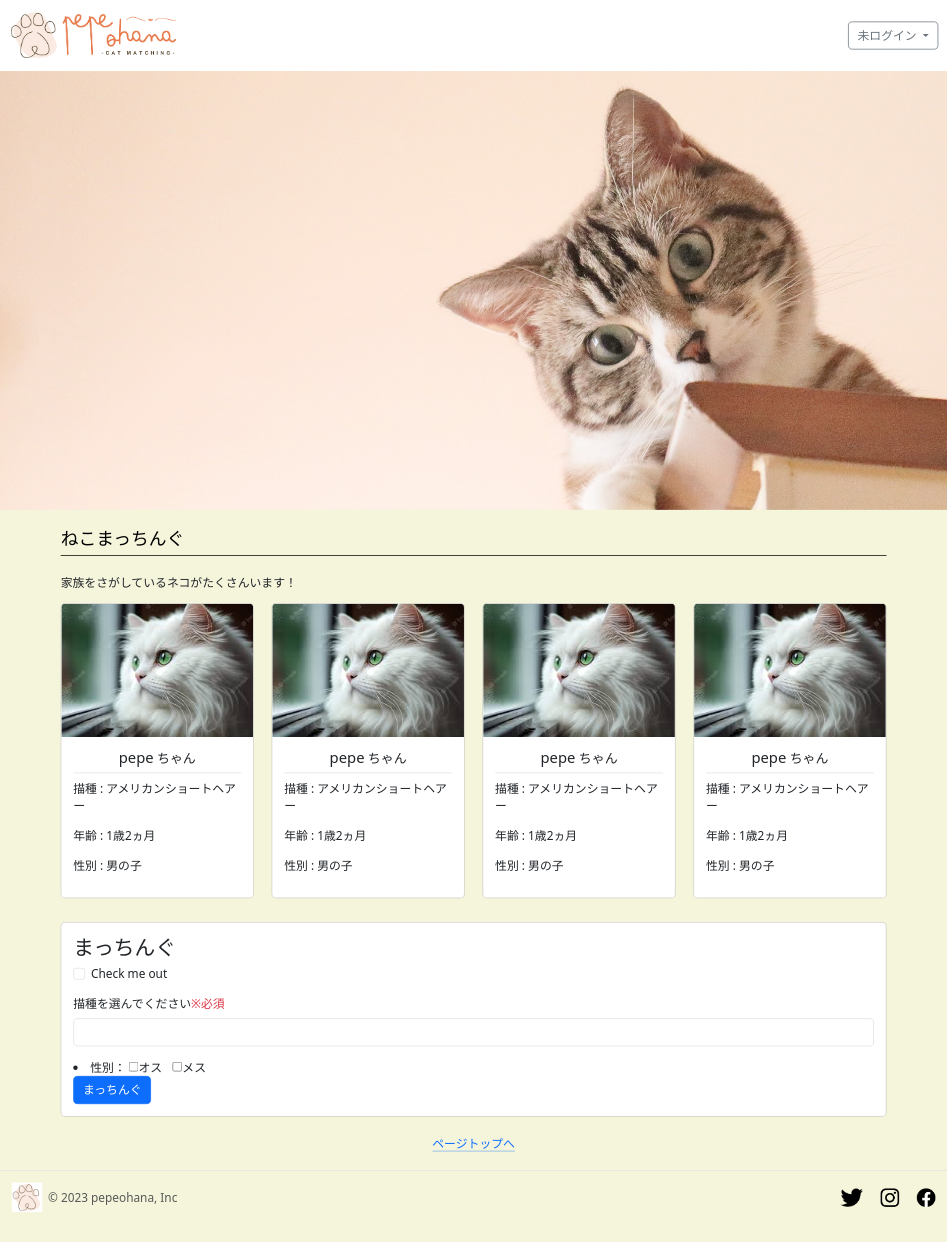
Repository: sakuwell/pepe
Page: http://localhost/PepeOhana/
The author's editor kept a copy of each file at every save. The page is drawn from the files as they stood at one save, then again after the next save.
The browser window is 1280 px wide. The pictures show the whole page, at 74% of full size.
The page is served by Tomcat 9.

Above is the page before, as saved 2023-09-06 05:53:43.

After the next save:
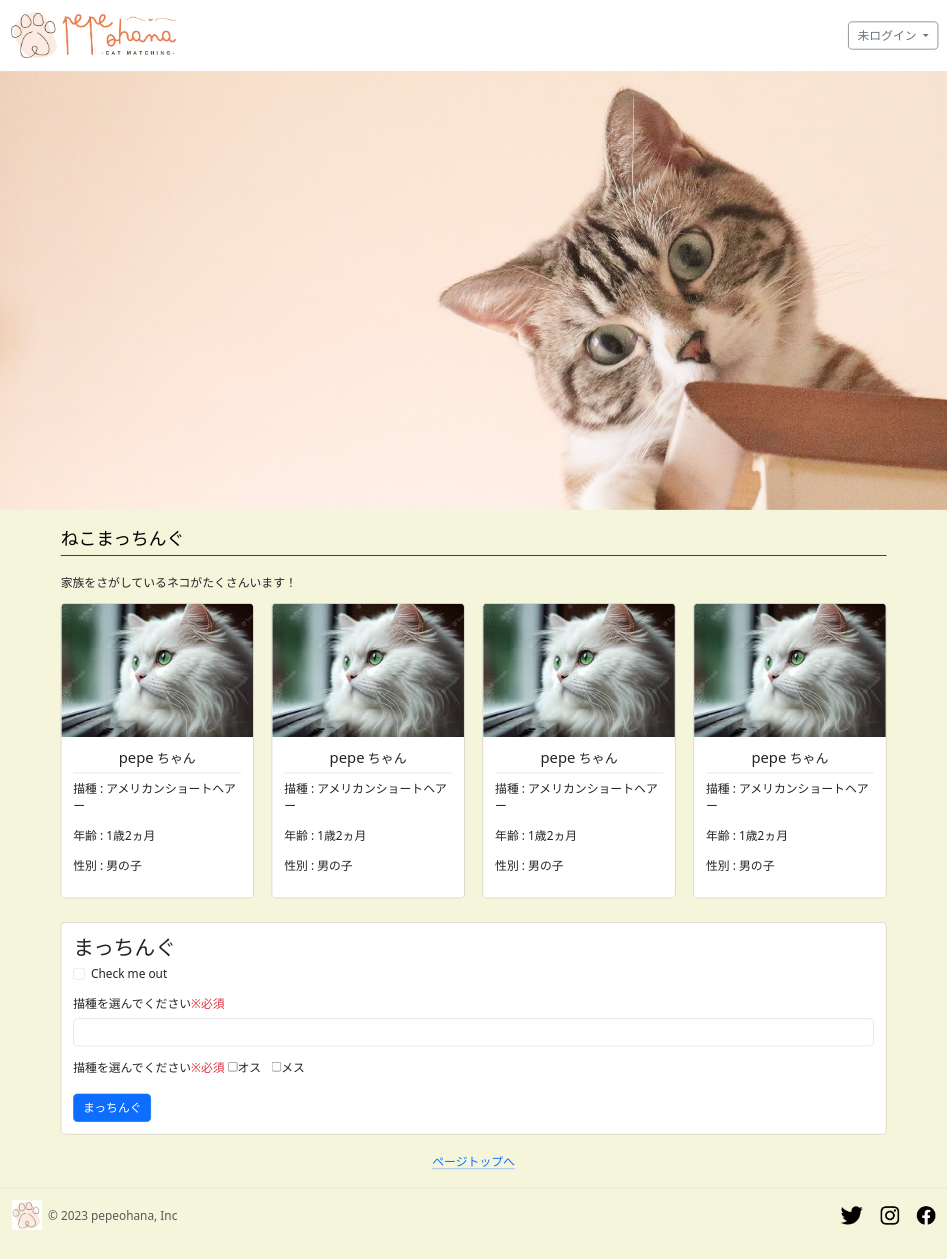
Saved 81 s later.
--- a/ExWorkSpace/PepeOhana/src/main/webapp/index.jsp
+++ b/ExWorkSpace/PepeOhana/src/main/webapp/index.jsp
@@ -154,10 +154,11 @@
 	 				<label for="exampleInputEmail1" class="form-label">描種を選んでください<span class="text-danger">※必須</span></label>
 	 				<input type="" class="form-control" id="exampleInputEmail1" aria-describedby="emailHelp">
 				</div>
-				<li>性別：
+				<div class="mb-3">
+					<label for="exampleInputEmail1" class="form-label">描種を選んでください<span class="text-danger">※必須</span></label>
 				    <input type="checkbox" name="GENDER" id="GENDER" value="1">オス
 				    <input type="checkbox" name="GENDER" id="GENDER" value="2" style="margin-left: 10px;">メス
-				</li>
+				</div>
 				<button type="submit" class="btn btn-primary">まっちんぐ</button>
 			</form>
 		</div>
